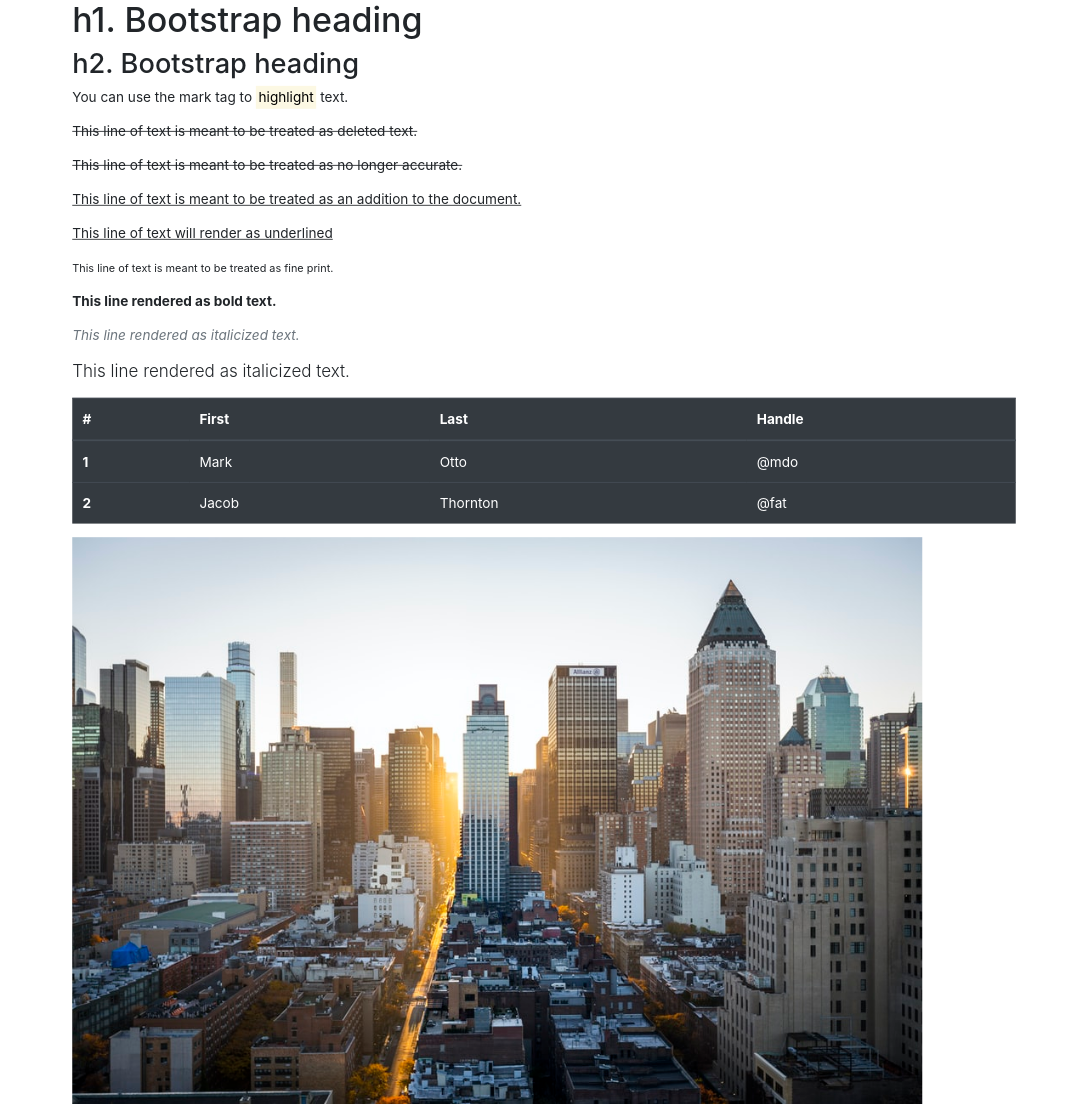
Repository: woodyalan/bootstrap-4
Page: conteudo.html
These files come from the project's save history. The page is drawn as it stood at one moment and after the next save; the edit follows.
The browser window is 1280 px wide. The pictures show the whole page, at 85% of full size.

Above is the page before, as saved 2020-09-08 22:40:36.

After the next save:
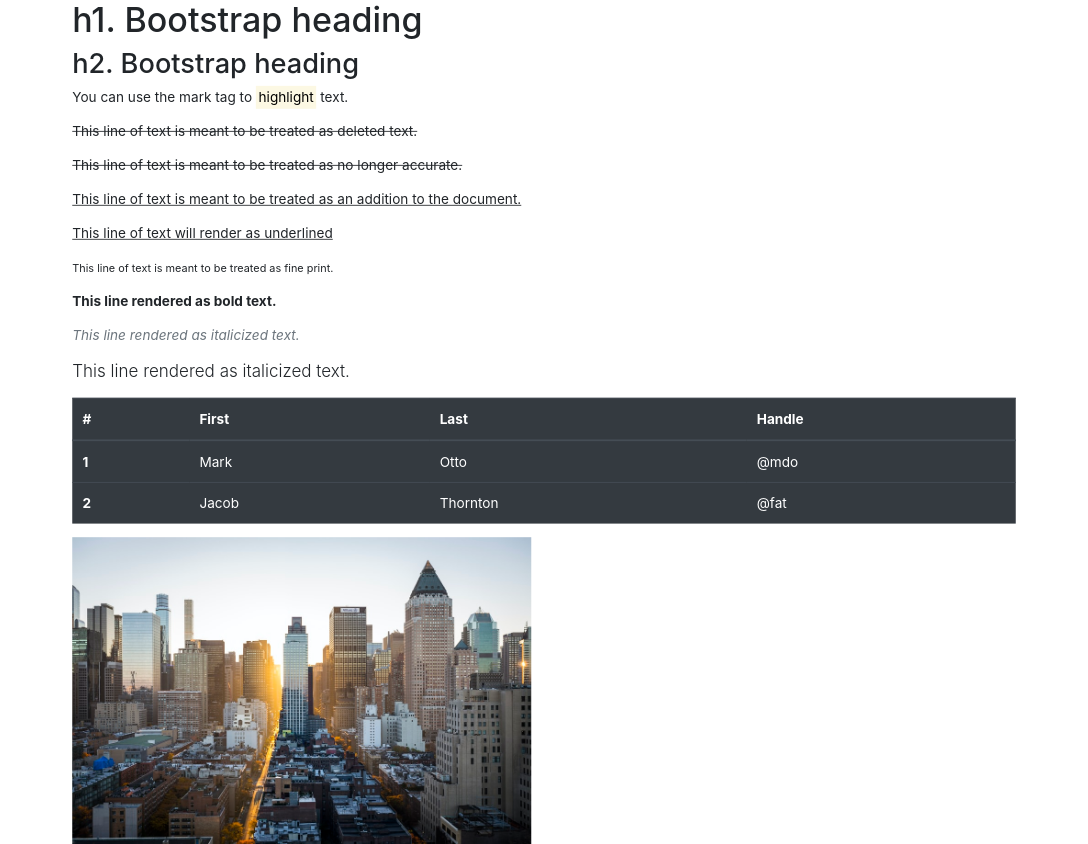
Saved 40 s later.
--- a/conteudo.html
+++ b/conteudo.html
@@ -51,7 +51,7 @@
       </table>
 
       <div class="row">
-        <div class="col-12">
+        <div class="col-6">
           <img class="img-fluid" src="img/cover.jpg" alt="" />
         </div>
       </div>
